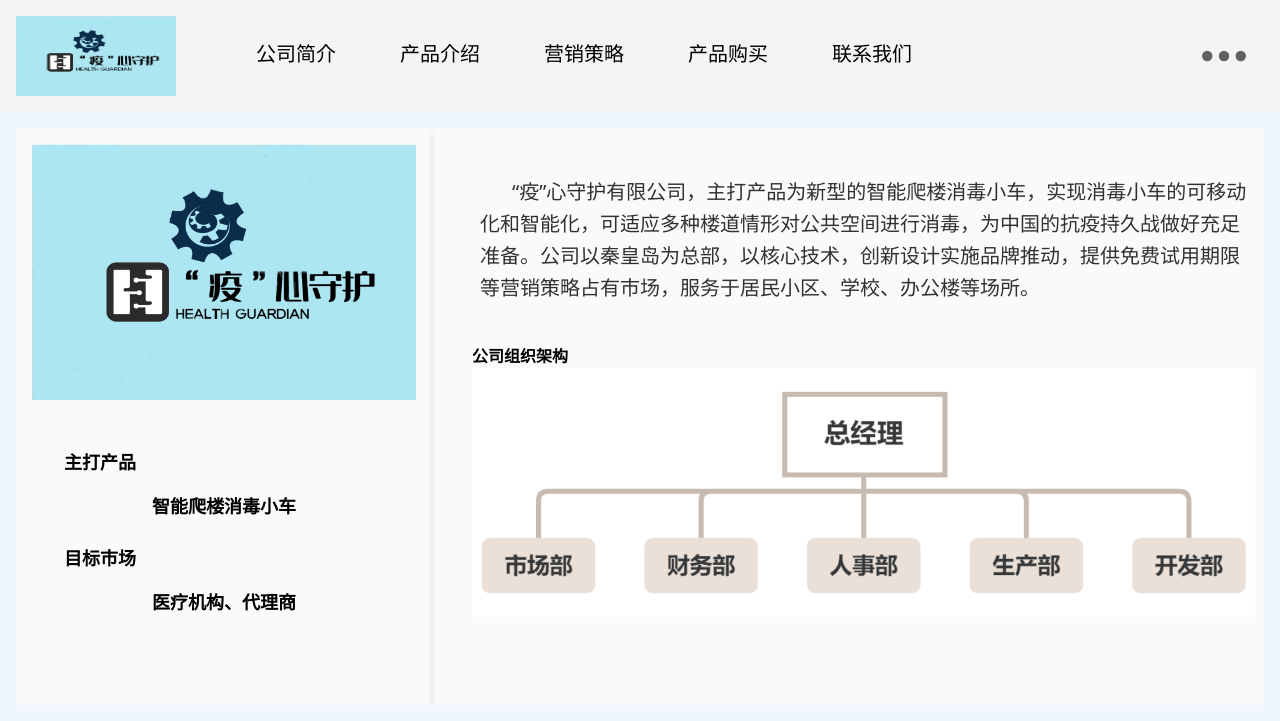
Repository: LiuRuohui/company_introduction
Page: /#/introduction
An editor plug-in stored every save of this project. The page is shown before and after the next save, followed by the edit.
The browser window is 1280 px wide. The pictures show the whole page.
The project was rebuilt for these pictures with package versions that can differ from the ones it lists, and the page was loaded fresh each time. Also part of the build but not shown: vite.config.js, src/components/product.vue, src/components/purchase.vue, src/components/strategy.vue, src/components/contact.vue.

Above is the page before, as saved 2022-05-12 23:17:23.

### index.html
<!DOCTYPE html>
<html lang="en">
  <head>
    <meta charset="UTF-8" />
    <link rel="icon" href="/favicon.ico" />
    <meta name="viewport" content="width=device-width, initial-scale=1.0" />
    <title>COMPANY_INTRODUCTION</title>
  </head>
  <body>
    <div id="app"></div>
    <script type="module" src="/src/main.js"></script>
  </body>
</html>

### src/main.js
import { createApp } from 'vue'
import "./index.css";
//引入路由器
import router from '../src/router/route.js'

import App from './App.vue'

const app = createApp(App);
app.use(router);
app.mount('#app');

### src/index.css
/* ./src/index.css */

@tailwind base;
@tailwind components;
.inputFrame {
  @apply w-full content-center text-base px-4 py-2 border-b rounded-2xl border-gray-300;
}

.inputFrame:focus {
  @apply outline-none border-indigo-500;
}

.btn {
  @apply w-full flex justify-center bg-gradient-to-r from-indigo-500 to-blue-600 text-gray-100 p-4 rounded-full tracking-wide font-semibold shadow-lg cursor-pointer transition ease-in duration-500;
}

.btn:hover {
  @apply bg-gradient-to-l from-blue-500 to-indigo-600;
}

.label {
  @apply ml-3 text-sm font-bold text-gray-700 tracking-wide;
}

@tailwind utilities;

### src/router/route.js
import { createRouter, createWebHashHistory } from "vue-router";
//引入组件
import Introduction from "../components/introduction.vue"
import Product from "../components/product.vue"
import Purchase from "../components/purchase.vue"
import Strategy from "../components/strategy.vue"
import Contact from "../components/contact.vue"

const route = [
    {
        path:'/introduction',
        component:Introduction
    },
    {
        path:'/product',
        component:Product
    },
    {
        path:'/strategy',
        component:Strategy
    },
    {
        path:'/purchase',
        component:Purchase
    },
    {
        path:'/contact',
        component:Contact
    },
]

// 创建路由对象
const router = createRouter({
    history: createWebHashHistory(),
    routes: route
  });


export default router

### src/App.vue
<script setup>
import MainPage from './components/mainPage.vue';
// This starter template is using Vue 3 <script setup> SFCs
// Check out https://vuejs.org/api/sfc-script-setup.html#script-setup

</script>

<template>
<MainPage class="select-none"></MainPage>
</template>

<style>
	/* Hide scrollbar for Chrome, Safari and Opera */
	.no-scrollbar::-webkit-scrollbar {
		display: none;
	}

	/* Hide scrollbar for IE, Edge and Firefox */
	.no-scrollbar {
		-ms-overflow-style: none; /* IE and Edge */
		scrollbar-width: none; /* Firefox */
	}
</style>

### src/components/introduction.vue
<script setup>
const intro = "“疫”心守护有限公司，主打产品为新型的智能爬楼消毒小车，实现消毒小车的可移动化和智能化，可适应多种楼道情形对公共空间进行消毒，为中国的抗疫持久战做好充足准备。公司以秦皇岛为总部，以核心技术，创新设计实施品牌推动，提供免费试用期限等营销策略占有市场，服务于居民小区、学校、办公楼等场所。"
</script>

<template>
    <div class="w-full m-4 flex flex-row bg-slate-50 overflow-y-auto no-scrollbar">
        <div class="flex h-full w-1/3 shadow-md">
            <div class="m-4 w-full flex flex-col">
                <img src="/src/assets/logo.png" class="h-64" alt="">
                <div class="flex flex-grow my-4">
                    <div class="w-full m-8 flex flex-col text-lg font-sans font-bold">
                        <div class="w-full h-24">
                            主打产品
                            <div class="w-full text-center mt-4">智能爬楼消毒小车</div>
                        </div>
                        <div class="w-full h-24">
                            目标市场
                             <div class="w-full text-center mt-4">医疗机构、代理商</div>
                        </div>
                    </div>
                </div>
            </div>
        </div>
        <div class="flex flex-grow flex-col shadow-md w-2/3">
            <div class="m-4 w-full h-1/4 text-ellipsis">
                <div class="m-8 leading-8 indent-8 opacity-80 hover:opacity-100 hover:cursor-pointer font-sans text-left break-normal text-xl font-medium">{{intro}}</div>
            </div>
            <div class="m-4 w-full flex flex-grow flex-row">
                <div class="m-6 font-bold">
                    公司组织架构
                    <img src="/src/assets/structure.png" alt="公司组织架构图" class="">
                </div>
                <div></div>
            </div>
        </div>
    </div>
</template>

### src/components/mainPage.vue
<script setup></script>

<template>
    <div class="min-h-screen w-full flex flex-col bg-white">
        <div class="w-full h-28 flex flex-row bg-gray-100">
            <div class="h-full flex flex-col">
                <img
                    src="/src/assets/logo.png"
                    alt="公司图标"
                    class="h-20 m-4 w-40"
                />
            </div>
            <div class="flex font-sans text-xl ml-8">
                <router-link
                    active-class="active"
                    to="/introduction"
                    class="px-8 pt-10 hover:cursor-pointer hover:bg-blue-300"
                    >公司简介</router-link
                >
                <router-link
                    active-class="active"
                    to="/product"
                    class="px-8 pt-10 hover:cursor-pointer hover:bg-blue-300"
                    >产品介绍</router-link
                >
                <router-link
                    active-class="active"
                    to="/strategy"
                    class="px-8 pt-10 hover:cursor-pointer hover:bg-blue-300"
                    >营销策略</router-link
                >
                <router-link
                    active-class="active"
                    to="/purchase"
                    class="px-8 pt-10 hover:cursor-pointer hover:bg-blue-300"
                    >产品购买</router-link
                >
                <router-link
                    active-class="active"
                    to="/contact"
                    class="px-8 pt-10 hover:cursor-pointer hover:bg-blue-300"
                    >联系我们</router-link
                >
            </div>
            <div class="flex flex-grow flex-row-reverse">
                <img
                    src="/src/assets/more.svg"
                    alt="更多"
                    class="w-16 h-16 opacity-60 mt-6 mr-6 hover:cursor-pointer"
                />
            </div>
        </div>
        <div class="w-full flex flex-grow bg-blue-50">
            <router-view></router-view>
        </div>
    </div>
</template>

<style></style>

### tailwind.config.js
module.exports = {
  content: [
      "./index.html",
      "./src/**/*.{vue,js,ts,jsx,tsx}",
  ],
  theme: {
      extend: {},
  },
  plugins: [],
}

After the next save:
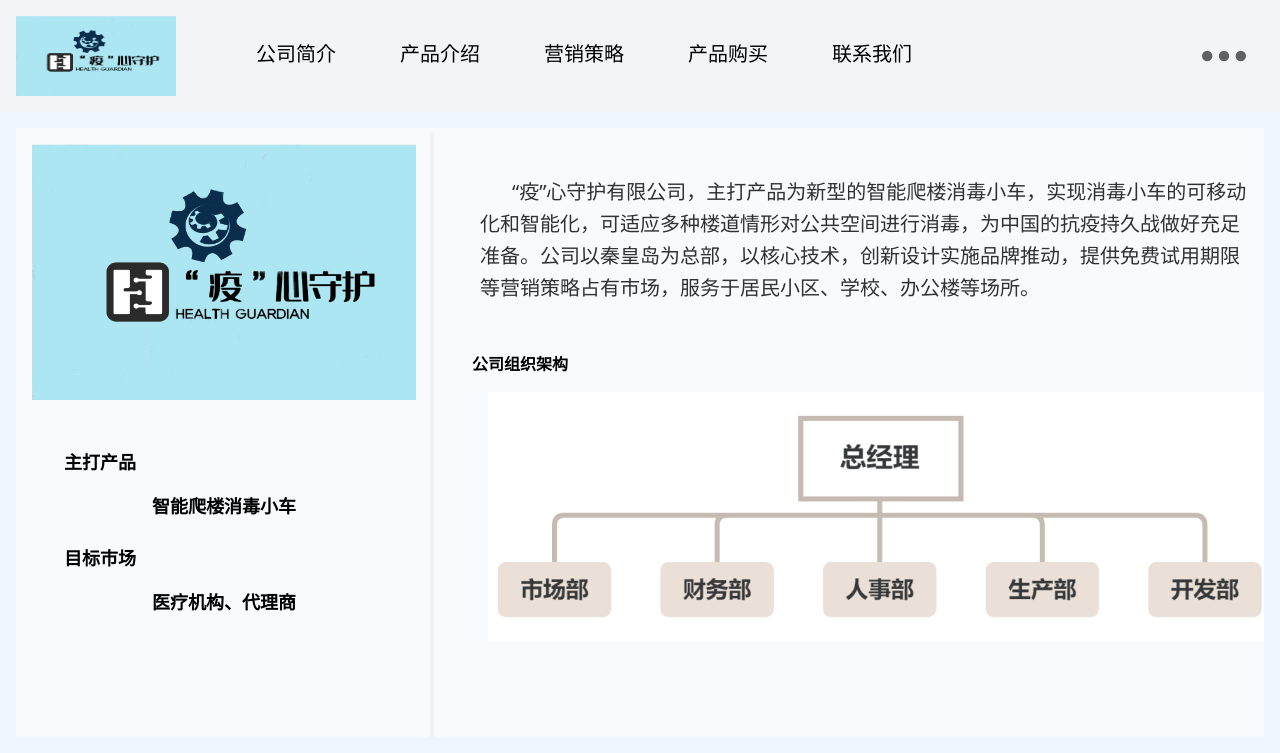
Saved 12 s later.
--- a/src/components/introduction.vue
+++ b/src/components/introduction.vue
@@ -28,7 +28,7 @@
             <div class="m-4 w-full flex flex-grow flex-row">
                 <div class="m-6 font-bold">
                     公司组织架构
-                    <img src="/src/assets/structure.png" alt="公司组织架构图" class="">
+                    <img src="/src/assets/structure.png" alt="公司组织架构图" class="m-4">
                 </div>
                 <div></div>
             </div>
